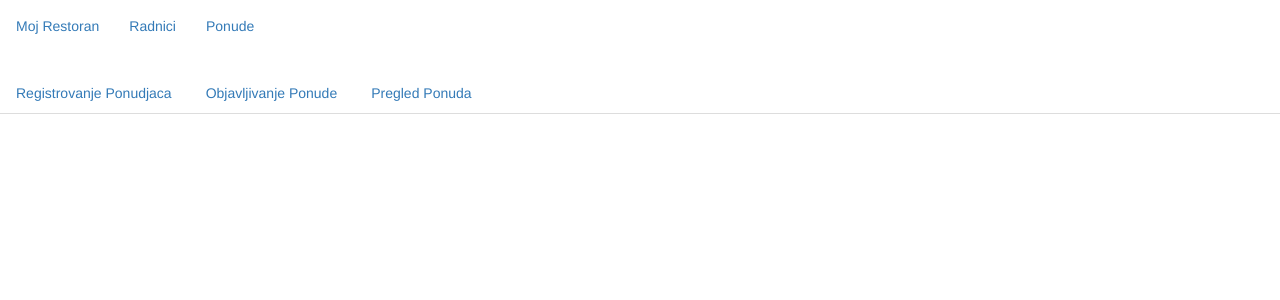
Repository: milanadam94/ISA-2016
Page: jpa-example/src/main/webapp/RestaurantManager/RestaurantManagerOfferers.html
An editor plug-in stored every save of this project. The page is shown before and after the next save, followed by the edit.
The browser window is 1280 px wide. The pictures show the whole page.
Some web libraries are served in a nearby version.

Above is the page before, as saved 2017-02-25 23:07:44.

### jpa-example/src/main/webapp/RestaurantManager/RestaurantManagerOfferers.html
<!DOCTYPE html>
<html>
<head>
<meta charset="ISO-8859-1">
<title>Menadzer Restorana</title>

<!-- JQUERY -->
<script src="https://code.jquery.com/jquery-3.1.1.js" integrity="sha256-16cdPddA6VdVInumRGo6IbivbERE8p7CQR3HzTBuELA=" crossorigin="anonymous"></script>

<!-- BOOTSTRAP CSS -->
<link rel="stylesheet" href="https://maxcdn.bootstrapcdn.com/bootstrap/3.3.7/css/bootstrap.min.css" integrity="sha384-BVYiiSIFeK1dGmJRAkycuHAHRg32OmUcww7on3RYdg4Va+PmSTsz/K68vbdEjh4u" crossorigin="anonymous">

<!-- BOOTSTRAP THEME -->
<link rel="stylesheet" href="https://maxcdn.bootstrapcdn.com/bootstrap/3.3.7/css/bootstrap-theme.min.css" integrity="sha384-rHyoN1iRsVXV4nD0JutlnGaslCJuC7uwjduW9SVrLvRYooPp2bWYgmgJQIXwl/Sp" crossorigin="anonymous">

<!-- BOOTSTRAP JS -->
<script src="https://maxcdn.bootstrapcdn.com/bootstrap/3.3.7/js/bootstrap.min.js" integrity="sha384-Tc5IQib027qvyjSMfHjOMaLkfuWVxZxUPnCJA7l2mCWNIpG9mGCD8wGNIcPD7Txa" crossorigin="anonymous"></script>

<!-- ANGULAR JS -->
<script src="https://ajax.googleapis.com/ajax/libs/angularjs/1.6.1/angular.js"></script>

<script src="/JQuery-cookie-plugin/jquery.cookie.js"></script>

<!-- TOASTR -->
<!-- <script src="https://cdnjs.cloudflare.com/ajax/libs/toastr.js/latest/css/toastr.css"></script> -->


</head>
<body ng-app="restManager" ng-controller="restManagerOfferersController">
	<nav id="myNavbar" class="navbar">
		<ul class="nav navbar-nav">
			<li><a href="RestaurantManager.html">Moj Restoran</a></li>
			<li><a href="#" ng-click="">Radnici</a></li>
			<li><a href="RestaurantManagerOfferers.html">Ponude</a></li>
		</ul>
	</nav>
	<div>
		<div class="form-group">
			<ul class="nav nav-tabs">
				<li><a ng-click="">Registrovanje Ponudjaca</a>
				<li><a ng-click="">Objavljivanje Ponude</a>
				<li><a ng-click="">Pregled Ponuda</a>
			</ul>
		</div>



		<div ng-show="registrovanjeShow">
			<br/><br/><br/>
			<form class="form-horizontal">
  			<div class="form-group">
    			<label class="control-label col-sm-2" for="email">Email:</label>
    			<div class="col-sm-10">
      				<input type="email" class="form-control" id="email" ng-model="offerer.email" placeholder="Unesite email">
    			</div>
  			</div>
  			<div class="form-group">
    			<label class="control-label col-sm-2" for="pwd">Lozinka:</label>
    			<div class="col-sm-10">
      				<input type="password" class="form-control" id="pwd" ng-model="offerer.password" placeholder="Unesite lozinku">
    			</div>
  			</div>
  			<div class="form-group">
    			<label class="control-label col-sm-2" for="pwd2">Potvrda lozinke:</label>
    			<div class="col-sm-10">
      				<input type="password" class="form-control" id="pwd2" ng-model="passwordConfirm" placeholder="Potvrdite lozinku">
    			</div>
  			</div>
  			<div class="form-group">
    			<label class="control-label col-sm-2" for="ime">Ime:</label>
    			<div class="col-sm-10">
      				<input type="text" class="form-control" id="ime" ng-model="offerer.name" placeholder="Unesite ime">
    			</div>
  			</div>
  			<div class="form-group">
    			<label class="control-label col-sm-2" for="prezime">Prezime:</label>
    			<div class="col-sm-10">
      				<input type="text" class="form-control" id="prezime" ng-model="offerer.lastName" placeholder="Unesite prezime">
    			</div>
  			</div>
  			<div class="form-group text-danger" ng-if="errorMessageShow">{{ errorMessage }}</div>
  			<div class="form-group">
    			<div class="col-sm-offset-2 col-sm-10">
      				<button type="submit" class="btn btn-primary" ng-click="registerOfferer()">Registracija</button>
    			</div>
  			</div>
  			</form>

		</div>





		<div ng-show="objavljivanjeShow" >

		</div>
		<div  ng-show="pregledShow">

		</div>


	</div>

</body>


<!-- ANGULAR SCRIPT -->
<script src="RestaurantManagerOfferers.js"></script>


</html>

### jpa-example/src/main/webapp/RestaurantManager/RestaurantManagerOfferers.js
angular.element(document).ready(function () {
    console.log('page loading completed');
});
var restManager = angular.module('restManager', []).config(['$qProvider', '$httpProvider', function ($qProvider, $httpProvider)  {
    $qProvider.errorOnUnhandledRejections(false);

}]).run(['$rootScope', '$http', '$window', function ($rootScope, $http, $window) {

	//namestiti dole u funckcijama gde treba user.email kada se ovo namesti!
	if (typeof $.cookie('user') !== 'undefined') {
		$scope.user = JSON.parse($.cookie('user'));

		if(user.userType == "GUEST") {
			$window.location.href = "/GuestPage/GuestPage.html";
		}
		// DALJE
	}

}]);




restManager.controller('restManagerOfferersController', [ '$scope', function($scope){




}]);

Loaded but not shown: jpa-example/src/main/webapp/JQuery-cookie-plugin/jquery.cookie.js (library)

After the next save:
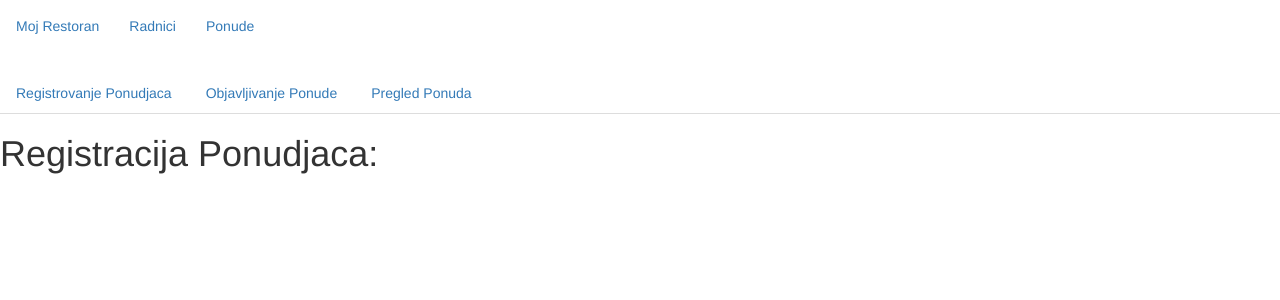
Saved 80 s later.
--- a/jpa-example/src/main/webapp/RestaurantManager/RestaurantManagerOfferers.html
+++ b/jpa-example/src/main/webapp/RestaurantManager/RestaurantManagerOfferers.html
@@ -44,7 +44,7 @@
 		</div>
 
 
-
+		<h1>Registracija Ponudjaca:</h1>
 		<div ng-show="registrovanjeShow">
 			<br/><br/><br/>
 			<form class="form-horizontal">

After the 2 saves that followed:
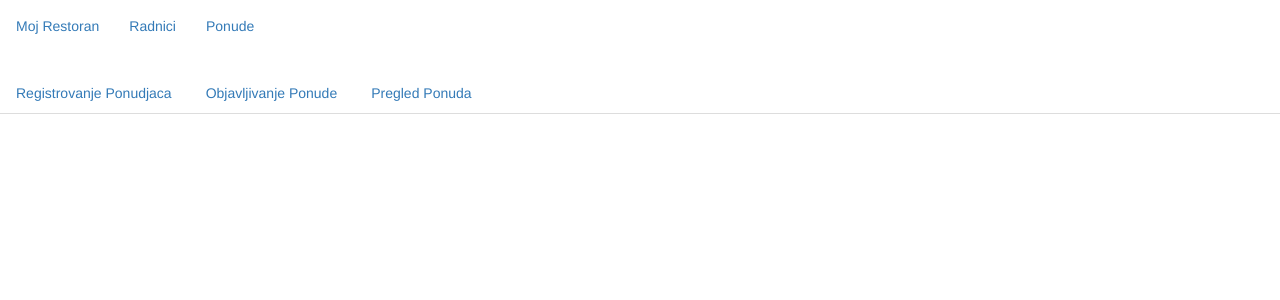
The 2 saves are shown as one change because 1 left the picture as it was.
The last was saved 18 s later.
--- a/jpa-example/src/main/webapp/RestaurantManager/RestaurantManagerOfferers.html
+++ b/jpa-example/src/main/webapp/RestaurantManager/RestaurantManagerOfferers.html
@@ -44,7 +44,6 @@
 		</div>
 
 
-		<h1>Registracija Ponudjaca:</h1>
 		<div ng-show="registrovanjeShow">
 			<br/><br/><br/>
 			<form class="form-horizontal">
